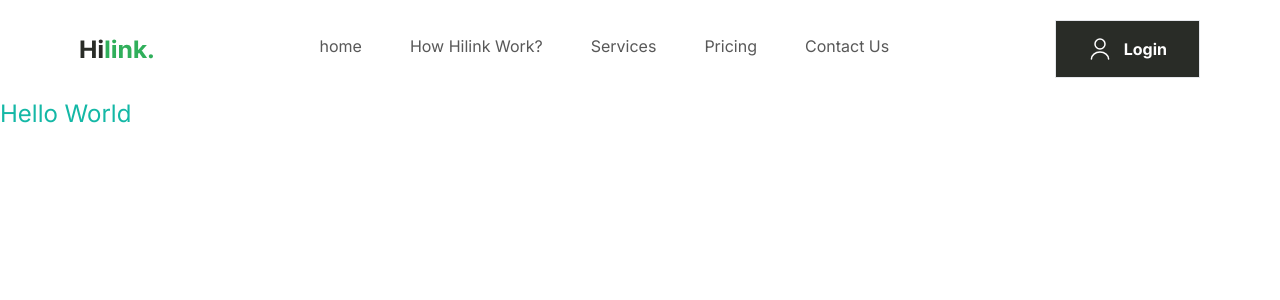
Repository: abdulrahmanmahmood/Travel-App
Page: /
The author's editor kept a copy of each file at every save. The page is drawn from the files as they stood at one save, then again after a run of saves.
The browser window is 1280 px wide. The pictures show the whole page.
The project was rebuilt for these pictures with package versions that can differ from the ones it lists, and the page was loaded fresh each time. The framework's server and built-in components were replaced by stand-ins that run in the browser. Also part of the build but not shown: next.config.js.

Above is the page before, as saved 2023-11-01 13:36:13.

After the next 2 saves:
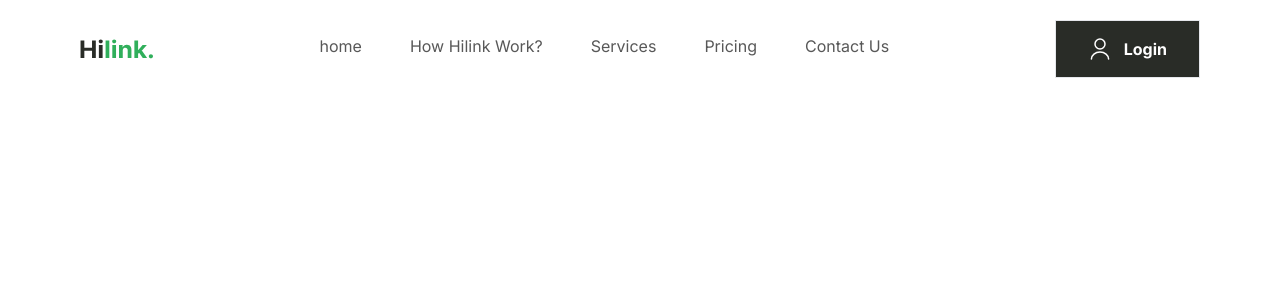
The 2 saves are shown as one change because they came seconds apart.
The last was saved 12 s later.
--- a/app/page.tsx
+++ b/app/page.tsx
@@ -1,5 +1,6 @@
 export default function Home() {
-  return <h1 className="text-bold text-teal-500 text-2xl">
-    Hello World
-  </h1>;
+  return
+  <>
+
+  </>
 }
